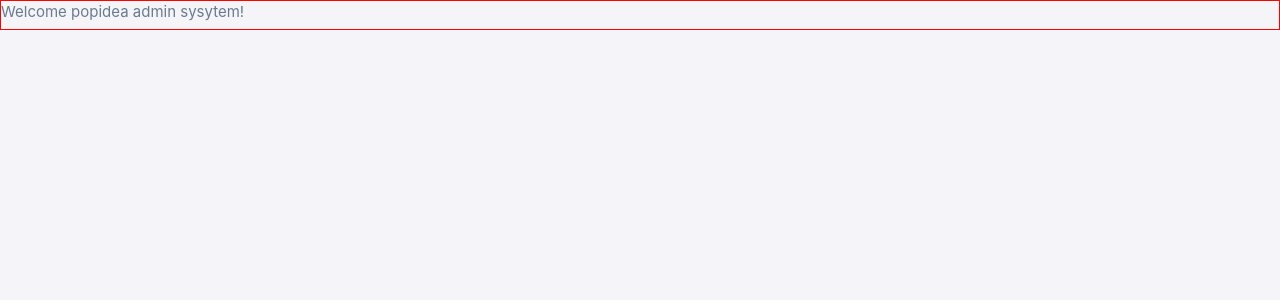
Repository: Joebig7/popidea-admin-front
Page: index.html
These files come from the project's save history. The page is drawn as it stood at one moment and after the next save; the edit follows.
The browser window is 1280 px wide. The pictures show the whole page.

Above is the page before, as saved 2022-09-20 14:42:33.

After the next save:
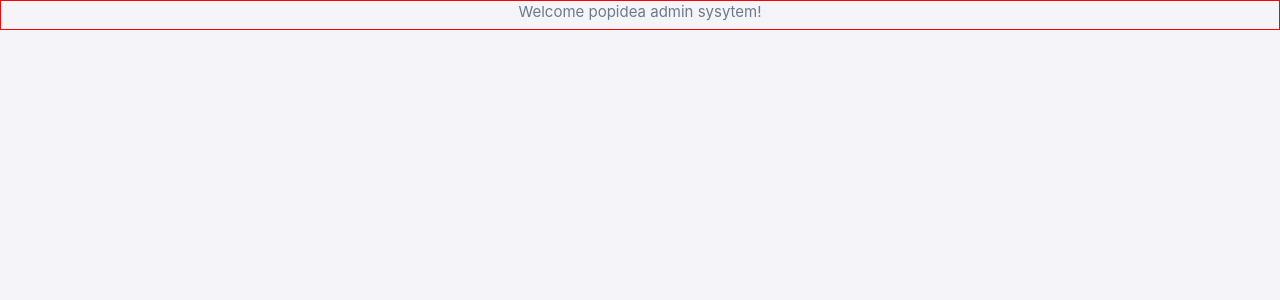
Saved 13 min 34 s later.
--- a/index.html
+++ b/index.html
@@ -29,11 +29,11 @@
   <link rel="stylesheet" href="assets/css/demo.css" />
 
   <style>
-      .title-content{
+      .title{
           width:100%;
           height:30px;
           border: 1px solid red;
-          flex:flex;
+          display:flex;
           justify-content:center;
       }
   </style>
@@ -41,7 +41,7 @@
 
 <body>
 
-  <div class="title"> <div class="title-content">Welcome popidea admin sysytem!</div></div>
+  <div class="title"> <span>Welcome popidea admin sysytem!</span></div>
 
 
 </body>
